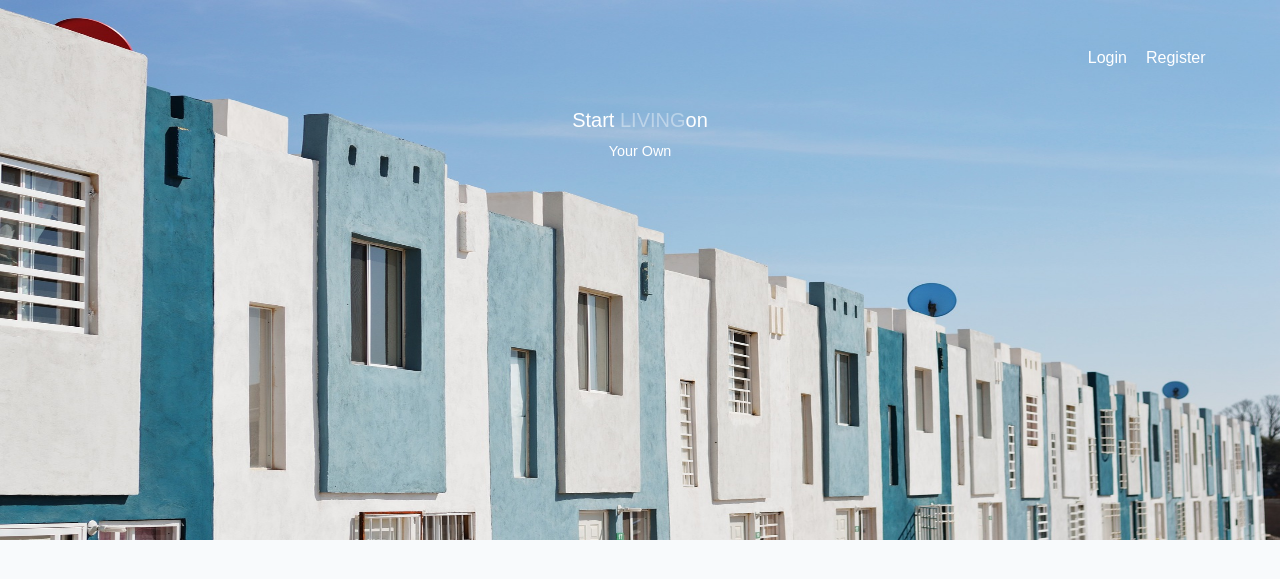
Repository: PatryxB/buildHouse
Page: http://localhost/
These files come from the project's save history. The page is drawn as it stood at one moment and after the next save; the edit follows.
The browser window is 1280 px wide. The pictures show the whole page.
Some web fonts or font styles are not loaded; a fallback is used. The page is served by the project's Laravel application, run on PHP 8.4 with Laravel 8. Style sheets and scripts are compiled from the project's sources, by tool versions that may differ from the author's.

Above is the page before, as saved 2020-04-30 20:23:40.

After the next save:
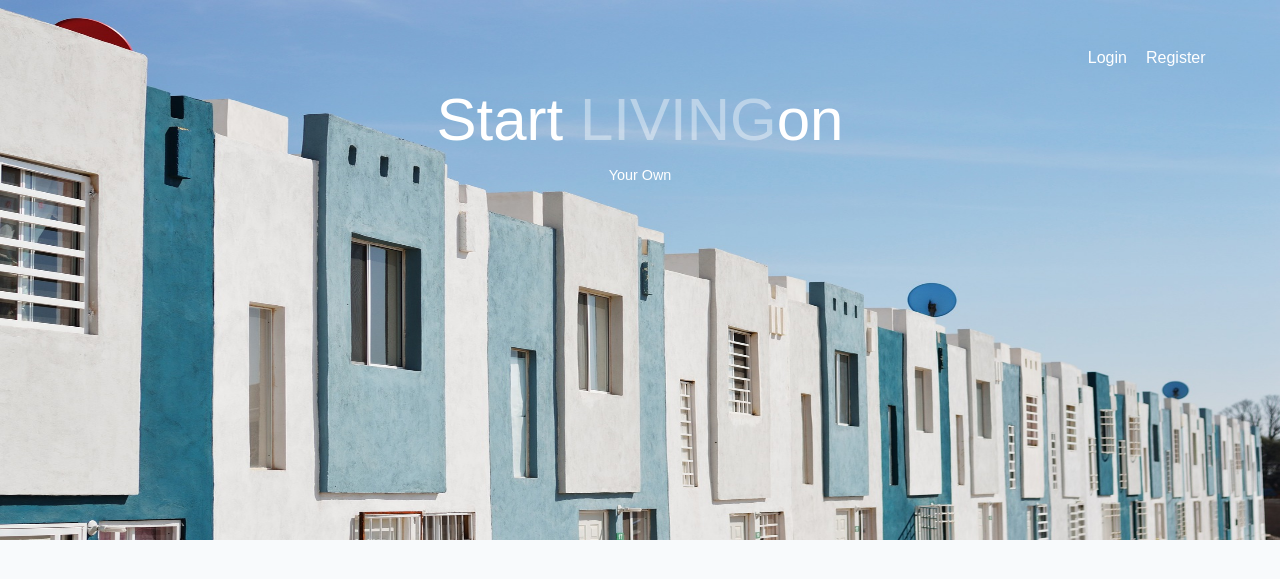
Saved 8 s later.
--- a/resources/views/welcome.blade.php
+++ b/resources/views/welcome.blade.php
@@ -17,7 +17,7 @@
             <div class="banner">
                 <img src="{{asset('/img/housebanner.jpg')}}" alt="">
                 <div class="text-banner">
-                    <h1 style="font-size:20px">Start <span style="opacity: .4;">LIVING</span>on</h1>
+                    <h1 style="font-size:60px">Start <span style="opacity: .4;">LIVING</span>on</h1>
                     <p>Your Own</p>
                 </div>
             </div>
